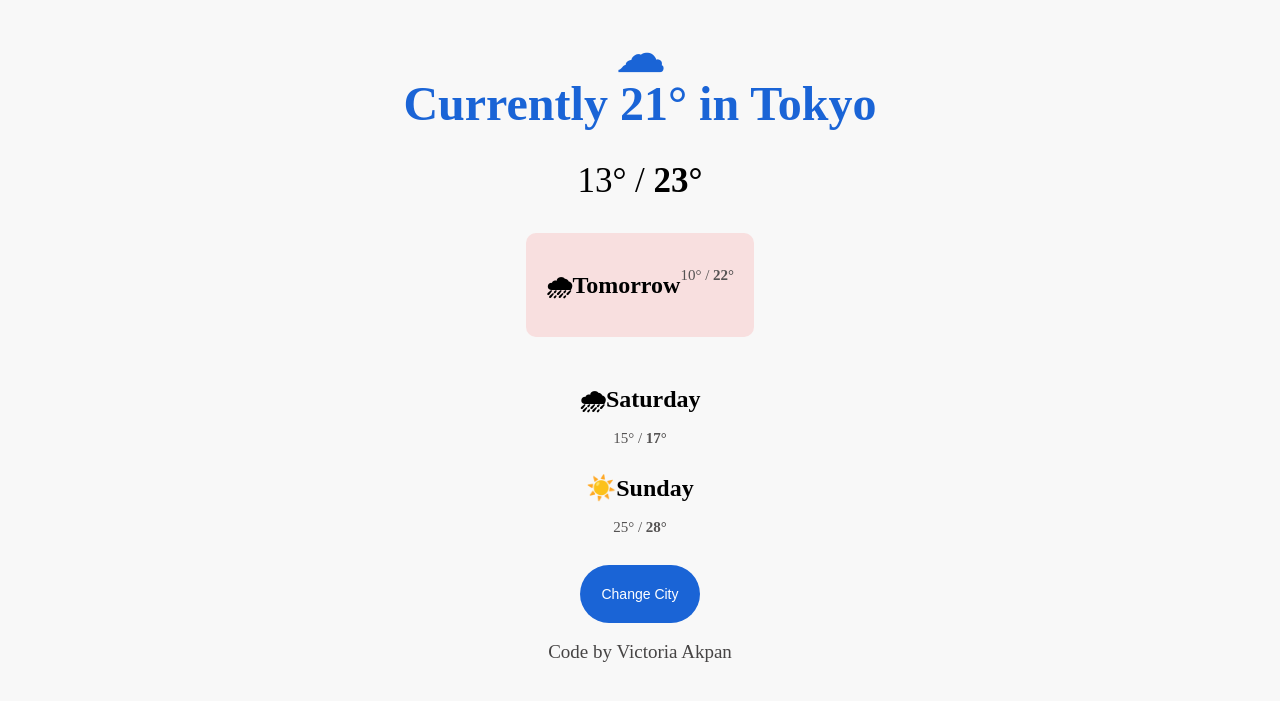
Repository: VickyJacob23/SheCode
Page: firstCode/weatherAppHomeWork.html
An editor plug-in stored every save of this project. The page is shown before and after the next save, followed by the edit.
The browser window is 1280 px wide. The pictures show the whole page.
The pointer rests on the first visible `.days`.

Above is the page before, as saved 2024-08-27 14:20:15.

### firstCode/weatherAppHomeWork.html
<!DOCTYPE html>
<html lang="en">
  <head>
    <meta charset="UTF-8" />
    <meta name="viewport" content="width=device-width, initial-scale=1.0" />
    <title>Demo WeatherAPP</title>

    <style>
      body {
        background-color: #f8f8f8;
      }
      h1 {
        color: #1a64d6;
        font-size: 48px;
        font-weight: 700;
      }

      .days:hover{
        background-color: #f8dfdf;
        cursor: pointer;
        transition: all 500ms ease-in-out;
        border-radius: 10px;
        display: inline-flex;
        padding: 20px;
      }
      span{
        font-weight: 700;
      }
      button {
        background-color: #1a64d6;
        color: #fff;
        font-size: 14px;
        font-weight: 500;
        border: none;
        outline: none;
        display: block;
        margin:  10px auto;
        padding: 1.5em;
        border-radius: 30px;
        transition: all 500ms ease-in-out;
      }
      button:hover {
        background-color: #fff;
        color: #1a64d6;
        border: 1px solid #1a64d6;
        cursor: pointer;
      }
      .container {
        margin: auto;
        text-align: center;
        line-height:1;
        }
      .days {
        margin-bottom: 30px;
      }

      .gray{
        font-size: 15px;
        color:#555353
      }

      #bold {
        font-size: 35px;
      }
      #author {
        font-size: 19px;
        color: #464444;
      }
    </style>
  </head>
  <body>
    <div class="container">
      <h1><div>☁ </div> Currently 21° in Tokyo</h1>
      <p id="bold">13° / <span>23°</span></p>

      <div class="days">
        <h2>🌧Tomorrow</h2>
        <p class="gray">10° / <span>22°</span></p>
      </div>

      <div class="days">
        <h2>🌧Saturday</h2>
        <p class="gray">15° / <span>17°</span></p>
      </div>

      <div class="days">
        <h2> ☀️Sunday</h2>
        <p class="gray">25° / <span>28°</span></p>
      </div>

       <button class="btn">Change City</button>

      <p id="author">Code by Victoria Akpan</p>
    </div>

    <script src="script.js"></script>
  </body>
</html>

### firstCode/script.js
'use strict'

const btn = document.querySelector('.btn')



btn.addEventListener('click', function () {
    let city = prompt('Enter your City')
    return city = alert(`${city} is cold`)
})

After the next save:
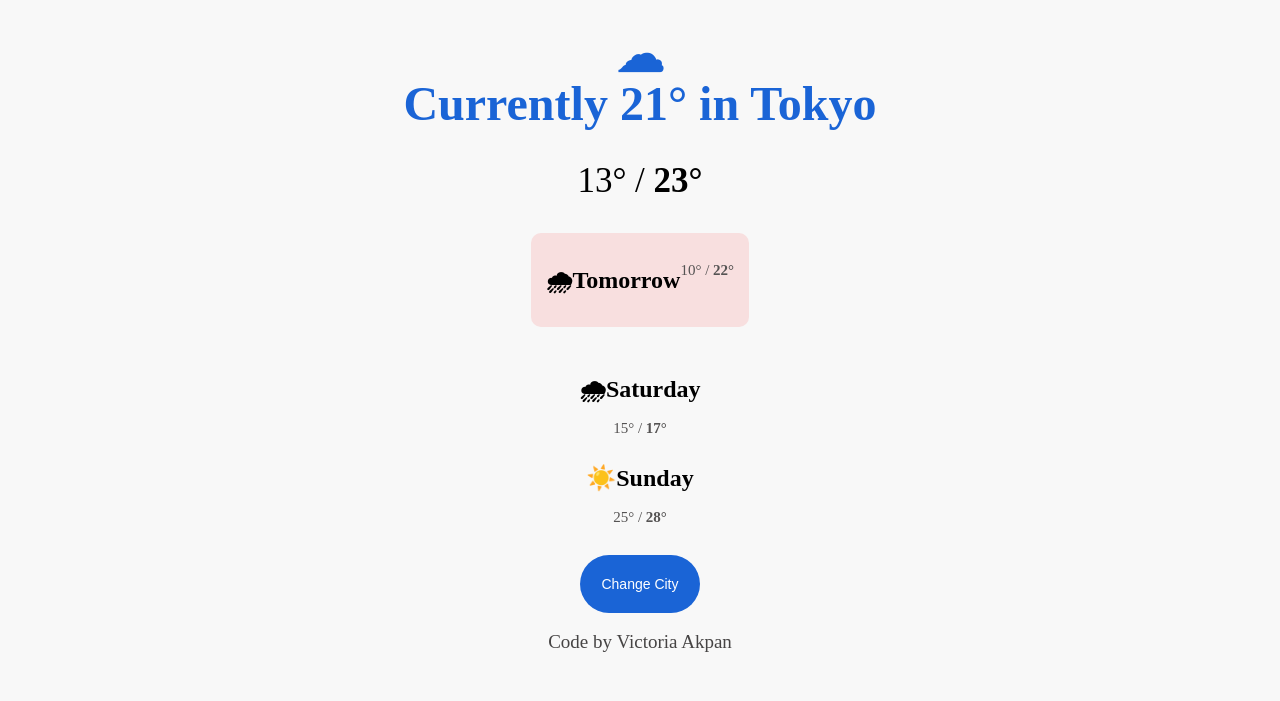
Saved 33 s later.
--- a/firstCode/weatherAppHomeWork.html
+++ b/firstCode/weatherAppHomeWork.html
@@ -21,7 +21,7 @@
         transition: all 500ms ease-in-out;
         border-radius: 10px;
         display: inline-flex;
-        padding: 20px;
+        padding: 15px;
       }
       span{
         font-weight: 700;
